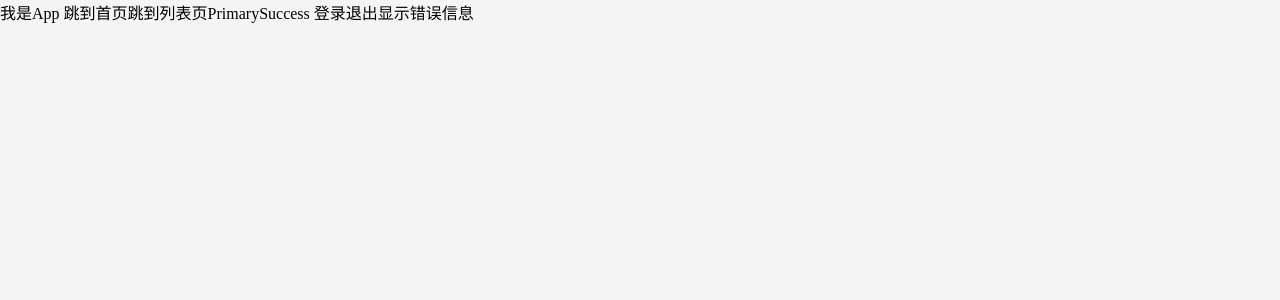
Repository: 202100202078/to-b-data-management-platform
Page: /
An editor plug-in stored every save of this project. The page is shown before and after the next save, followed by the edit.
The browser window is 1280 px wide. The pictures show the whole page.
The project was rebuilt for these pictures with package versions that can differ from the ones it lists, and the page was loaded fresh each time. Also part of the build but not shown: vite.config.js, src/views/layout/LayoutContainer.vue, src/views/article/ArticleManage.vue.

Above is the page before, as saved 2023-10-29 16:17:54.

### src/main.js
import { createApp } from 'vue'

import '@/assets/main.scss'

import pinia from '@/stores/index.js'
import App from './App.vue'
import router from './router'

const app = createApp(App)

app.use(pinia)
app.use(router)

app.mount('#app')

### src/stores/index.js
import { createPinia } from 'pinia'
import persist from 'pinia-plugin-persistedstate'

const pinia = createPinia()
pinia.use(persist)

export default pinia

export * from './modules/user'

### src/App.vue
<script setup>
import { useRoute, useRouter } from 'vue-router'
import { useUserStore } from '@/stores'
import request from '@/utils/request.js'
import { ElMessage } from 'element-plus'
const userStore = useUserStore()

const route = useRoute()
const router = useRouter()

const goList = async () => {
  const res = await request.get('/my/cate/info')
  console.log(res)
  router.push('/list')
  console.log(route)
  console.log(router)
}
</script>

<template>
  <div>
    我是App
    <test-com></test-com>
    <el-button @click="$router.push('/home')">跳到首页</el-button>
    <el-button @click="goList">跳到列表页</el-button>
    <el-button type="primary">Primary</el-button>
    <el-button type="success">Success</el-button>
    {{ userStore.token }}
    <el-button @click="userStore.setToken('kasldjkalsjdlkasj')">登录</el-button>
    <el-button @click="userStore.removeToken()">退出</el-button>
    <el-button @click="ElMessage.error('Oops, this is a error message.')"
      >显示错误信息</el-button
    >
  </div>
</template>

<style scoped></style>

### src/router/index.js
import { createRouter, createWebHistory } from 'vue-router'

const router = createRouter({
  history: createWebHistory(import.meta.env.BASE_URL),
  routes: [
    {
      path: '/login',
      component: () => import('@/views/login/LoginPage.vue')
    },
    {
      path: '/',
      component: () => import('@/views/layout/LayOutContainer.vue'),
      redirect: '/article/manage',
      children: [
        {
          path: '/article/channel',
          component: () => import('@/views/article/ArticleChannel.vue')
        },
        {
          path: '/article/manage',
          component: () => import('@/views/article/ArticleManage.vue')
        },
        {
          path: '/user/profile',
          component: () => import('@/views/user/UserProfile.vue')
        },
        {
          path: '/user/avatar',
          component: () => import('@/views/user/UserAvatar.vue')
        },
        {
          path: '/user/password',
          component: () => import('@/views/user/UserPassword.vue')
        }
      ]
    }
  ]
})

export default router

### src/stores/modules/user.js
import { defineStore } from 'pinia'
import { ref } from 'vue'

export const useUserStore = defineStore(
  'user',
  () => {
    const token = ref('')
    const setToken = (newToken) => {
      token.value = newToken
    }
    const removeToken = () => {
      token.value = ''
    }

    return {
      token,
      setToken,
      removeToken
    }
  },
  {
    persist: {
      key: 'userInfo'
    }
  }
)

### src/utils/request.js
// 封装axios
import axios from 'axios'
import { useUserStore } from '@/stores'
import { ElMessage } from 'element-plus'
import router from '@/router'

const baseURL = 'http://big-event-vue-api-t.itheima.net'

const instance = axios.create({
  baseURL,
  timeout: 100000
})

// 添加请求拦截器
instance.interceptors.request.use(
  function (config) {
    const userStore = useUserStore()
    // 添加token
    if (userStore.token) {
      //如果token存在则携带
      config.headers.Authorization = userStore.token
    }
    return config
  },
  function (error) {
    return Promise.reject(error)
  }
)

// 添加响应拦截器
instance.interceptors.response.use(
  function (response) {
    if (response.data.code === 0) {
      // 响应正常则直接返回
      return response
    }
    //提示用户错误信息
    ElMessage.error(response.data.message || '服务异常')
    return Promise.reject(response.data)
  },
  function (error) {
    // 超出 2xx 范围的状态码都会触发该函数。
    // 对响应错误做点什么
    ElMessage.error(error.response.data.message || '服务异常')
    if (error.response?.status === 401) {
      //权限不够直接退回登录页
      router.push('/login')
    }
    return Promise.reject(error)
  }
)

export default instance
export { baseURL }

Loaded but not shown: index.html (common file); src/assets/main.scss (common file)

After the next save:
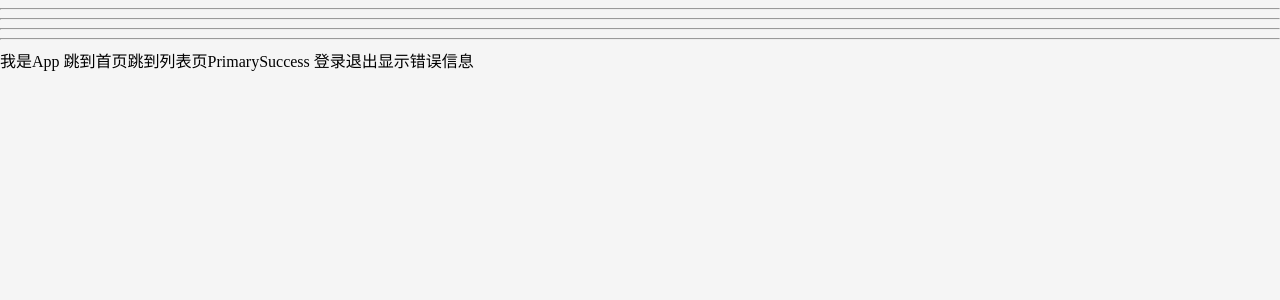
Saved 27 s later.
--- a/src/App.vue
+++ b/src/App.vue
@@ -19,6 +19,10 @@ const goList = async () => {
 
 <template>
   <div>
+    <hr />
+    <hr />
+    <hr />
+    <hr />
     我是App
     <test-com></test-com>
     <el-button @click="$router.push('/home')">跳到首页</el-button>
